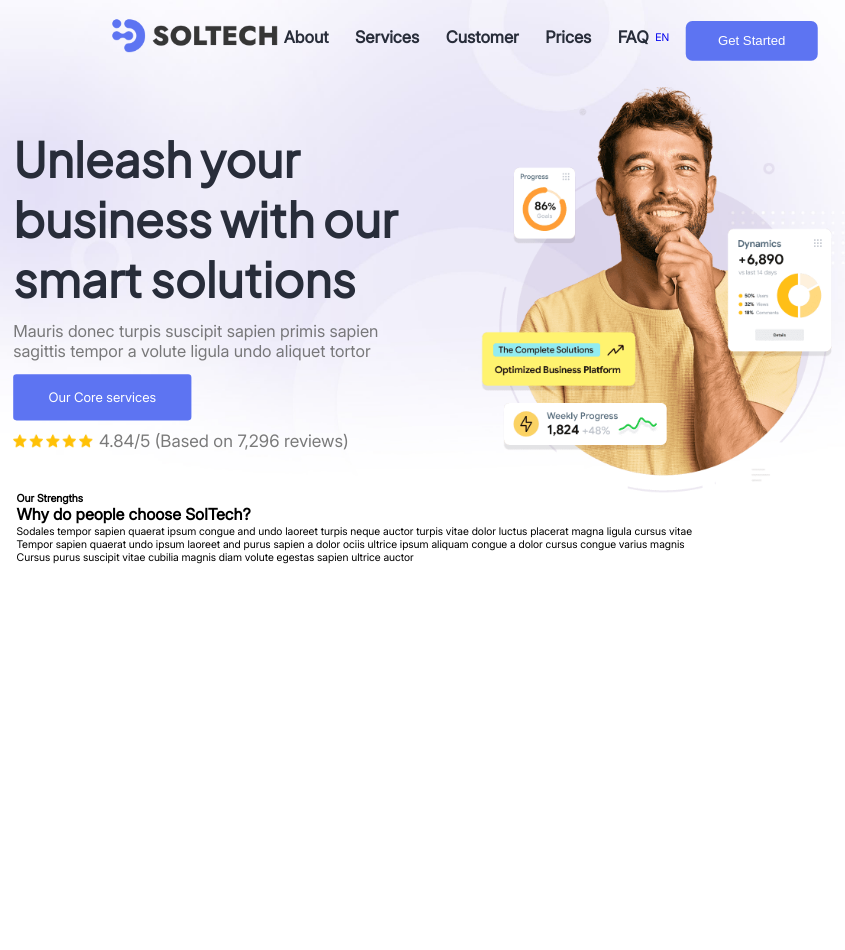
Repository: md-rabbi-hossain/Soltech-html
Page: index.html
An editor plug-in stored every save of this project. The page is shown before and after the next save, followed by the edit.
The browser window is 1280 px wide. The pictures show the whole page, at 66% of full size.

Above is the page before, as saved 2025-01-10 01:46:37.

### index.html
<!DOCTYPE html>
<html lang="en">
  <head>
    <meta charset="UTF-8" />
    <meta name="viewport" content="width=device-width, initial-scale=1.0" />
    <link rel="stylesheet" href="Css/style.css" />
    <title>Soltech</title>
  </head>
  <body>
    <header class="main-container">
      <div class="Hero-parents-container">
        <nav>
          <div class="logo">
            <img src="image/logo-1.png" alt="Logo" />
          </div>
          <ul class="menu">
            <li class="dropdown">
              <a href="#">About</a>
              <ul class="dropdown-menu">
                <li><a href="#">Our Team</a></li>
                <li><a href="#">Our Mission</a></li>
                <li><a href="#">History</a></li>
              </ul>
            </li>
            <li><a href="#">Services</a></li>
            <li><a href="#">Customer</a></li>
            <li><a href="#">Prices</a></li>
            <li><a href="#">FAQ</a></li>
          </ul>
          <div class="actions">
            <div class="dropdown">
              <li><a href="#">EN</a></li>
              <ul class="dropdown-menu">
                <li><a href="#">English</a></li>
                <li><a href="#">Spanish</a></li>
              </ul>
            </div>
            <button class="get-started">Get Started</button>
          </div>
        </nav>
        <!-- Navbar end here  -->
        <!-- hero start here  -->
        <div class="hero-parents container">
          <div class="left-side">
            <div class="content">
              <h1>Unleash your business with our smart solutions</h1>
              <p>
                Mauris donec turpis suscipit sapien primis sapien sagittis
                tempor a volute ligula undo aliquet tortor
              </p>
              <div>
                <button>Our Core services</button>
              </div>
              <div class="text">
                <div class="icon">
                  <img src="image/star.png" alt="" />
                  <img src="image/star.png" alt="" />
                  <img src="image/star.png" alt="" />
                  <img src="image/star.png" alt="" />
                  <img src="image/star.png" alt="" />
                </div>
                <p>4.84/5 (Based on 7,296 reviews)</p>
              </div>
            </div>
          </div>
          <div class="right">
            <img src="/image/hero-right.png" alt="" />
          </div>
        </div>
      </div>
    </header>
    <section class="main-container cta-section">
      <div class="container">
        <div class="introduction-parent">
          <div class="introduction-text">
            <h4>Our Strengths</h4>
            <h2>Why do people choose SolTech?</h2>
            <p>
              Sodales tempor sapien quaerat ipsum congue and undo laoreet turpis
              neque auctor turpis vitae dolor luctus placerat magna ligula
              cursus vitae
            </p>
            <ul>
              <li>
                Tempor sapien quaerat undo ipsum laoreet and purus sapien a
                dolor ociis ultrice ipsum aliquam congue a dolor cursus congue
                varius magnis
              </li>
              <li>
                Cursus purus suscipit vitae cubilia magnis diam volute egestas
                sapien ultrice auctor
              </li>
            </ul>
          </div>
          <div class="box-parent">
            <div class="box">
              <div class="box-inner"></div>
            </div>
          </div>
        </div>
      </div>
    </section>
    <script src="/Js/Script.js"></script>
  </body>
</html>

### Css/style.css
* {
  margin: 0;
  padding: 0;
  box-sizing: border-box;
}
html {
  scroll-behavior: smooth;
}
@font-face {
  font-family: Inter;
  src: url("/Font/Inter_24pt-Regular.ttf") format("woff2");
  src: url("/Font/Inter_24pt-Regular.ttf") format("woff");
  src: url("/Font/Inter_24pt-Regular.ttf") format("truetype");
  font-weight: normal;
  font-style: normal;
}
@font-face {
  font-family: Jakarta;
  src: url("/Font/PlusJakartaSans-Regular.ttf") format("woff2");
  src: url("/Font/PlusJakartaSans-Regular.ttf") format("woff");
  src: url("/Font/PlusJakartaSans-Regular.ttf") format("truetype");
  font-weight: normal;
  font-style: normal;
}
body {
  font-family: Inter;
}
li {
  list-style: none;
}
li a {
  text-decoration: none;
}
.main-container {
  max-width: 100%;
}

.container {
  max-width: 1400px;
  display: block;
  margin: 0 auto;
  padding: 25px;
}
h1 h2 h3 h5 h5 {
  font-family: Jakarta;
}
nav {
  display: flex;
  justify-content: space-between;
  align-items: center;
  padding-left: 170px;
  padding-right: 150px;
  padding-top: 20px;
  padding-bottom: 20px;
  position: relative;
  transition: all 0.3s ease;
  z-index: 1000;
}
nav.sticky {
  background-color: rgba(253, 253, 254, 0.8);
  position: sticky;
  top: 0;
  padding-bottom: 20px;
  box-shadow: 0 4px 6px rgba(0, 0, 0, 0.1);
}
.logo img {
  max-height: 50px;
}
.menu {
  display: flex;
  list-style: none;
  gap: 20px;
}
.menu li {
  position: relative;
}
.menu a {
  text-decoration: none;
  font-size: 25px;
  color: #282d3a;
  font-weight: bold;
  padding: 5px 10px;
}
/* Dropdown Styles */
.dropdown:hover .dropdown-menu {
  display: block;
}
.dropdown-menu {
  display: none;
  position: absolute;
  background: #fff;
  box-shadow: 0 4px 6px rgba(0, 0, 0, 0.1);
  border-radius: 5px;
  margin-top: 10px;
  list-style: none;
  padding: 10px 0;
}
.dropdown-menu li {
  padding: 5px 20px;
}
.dropdown-menu li a {
  color: #282d3a;
}
.dropdown-menu li:hover {
  background: #f1f1f1;
}
.actions {
  display: flex;
  align-items: center;
  gap: 20px;
}
.get-started {
  background: #5d74f2;
  color: #fff;
  font-size: 20px;
  line-height: 28px;
  padding: 6px 22px 8px;
  margin: 12px 5px 0;
  border: none;
  border-radius: 10px;
  width: 200px;
  height: 60px;
  cursor: pointer;
  transition: 0.5s;
}
.get-started:hover {
  background: #f2f0fb;
  border: 1px solid black;
  color: #585f6e;
}

/*  Hero Section Styles Here */
.Hero-parents-container {
  max-width: 100%;
  height: 100vh;
  background-image: url("/image/hero-1.jpg");
  background-size: cover;
  background-repeat: no-repeat;
}
.hero-parents {
  display: flex;
  justify-content: space-between;
  align-items: center;
  gap: 20px;
  padding: 20px;
}

.left-side {
  flex: 1;
}
.left-side h1 {
  font-size: 4.5rem;
  color: #282d3a;
  margin-bottom: 20px;
  font-family: Jakarta;
}
.left-side p {
  font-size: 25px;
  width: 560px;
  color: #5a5a5a; /* Subtle color for the paragraph text */
  margin-bottom: 20px;
  opacity: 0.8;
}

.left-side button {
  background: #5d74f2;
  color: white;
  font-size: 20px;
  padding: 10px 20px;
  border: none;
  border-radius: 5px;
  cursor: pointer;
  width: 270px;
  font-family: Inter;
  height: 70px;
}

.left-side button:hover {
  background: #4b62d8;
}
.icon img {
  width: 20px;
}

.text {
  display: flex;
  align-items: center;
  gap: 10px;
  padding-top: 15px;
}
.icon {
  display: flex;
  gap: 5px;
}

.icon img {
  width: 20px;
  height: 20px;
}

.text p {
  margin: 0;
  font-size: 26px;
}

/* Right Side */
.right {
  flex: 1;
  display: flex;
  justify-content: center;
  align-items: center;
}

.right img {
  max-width: 100%;
  height: auto;
  object-fit: contain;
}
section.main-container.cta-section {
  height: 100vh;
}

### Js/Script.js
window.onscroll = function () {
  let navbar = document.querySelector("nav");
  if (window.pageYOffset > 0) {
    navbar.classList.add("sticky");
  } else {
    navbar.classList.remove("sticky");
  }
};

After the next save:
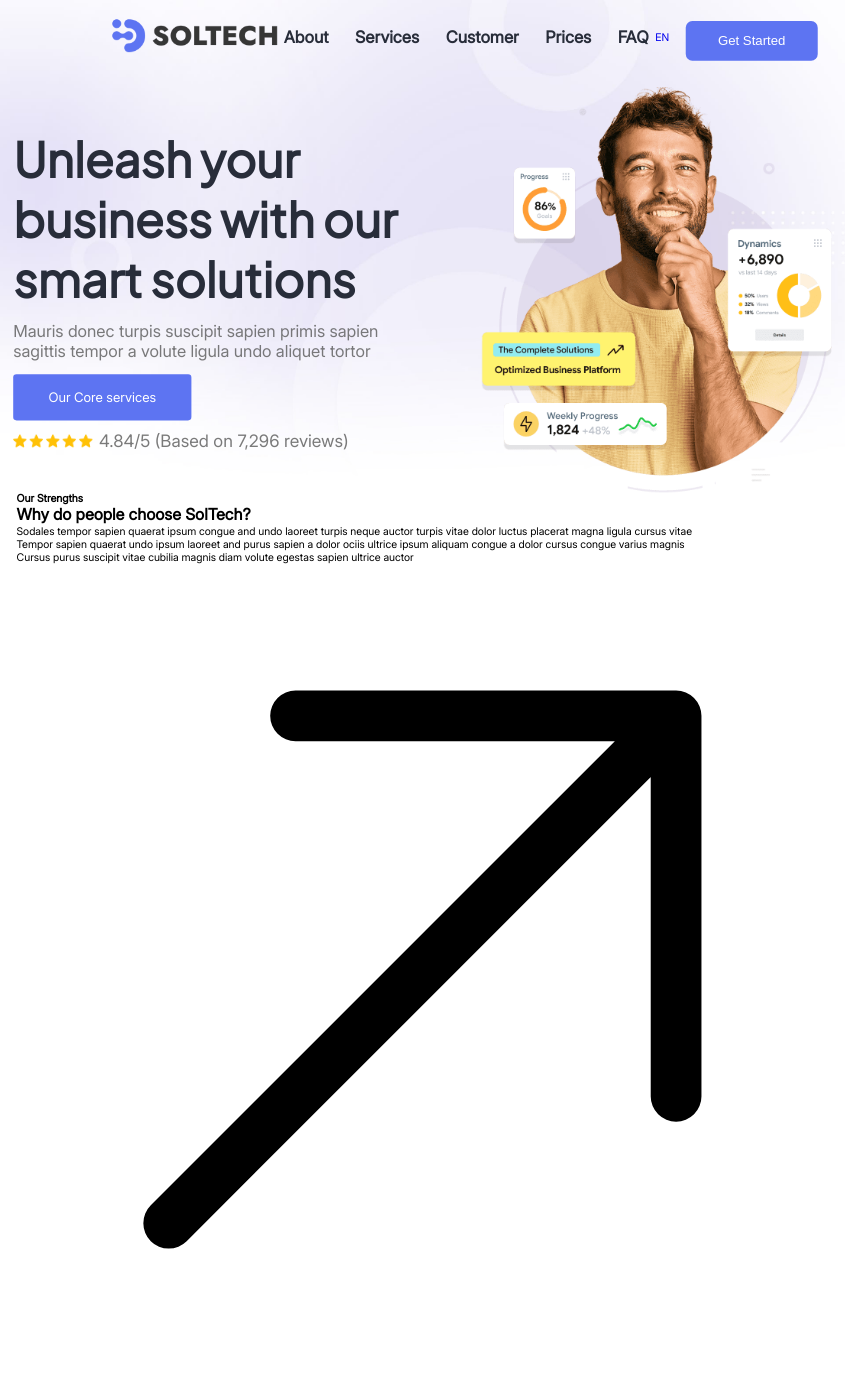
Saved 3 min 1 s later.
--- a/index.html
+++ b/index.html
@@ -94,7 +94,22 @@
           </div>
           <div class="box-parent">
             <div class="box">
-              <div class="box-inner"></div>
+              <div class="box-inner">
+                <svg
+                  xmlns="http://www.w3.org/2000/svg"
+                  fill="none"
+                  viewBox="0 0 24 24"
+                  stroke-width="1.5"
+                  stroke="currentColor"
+                  class="size-6"
+                >
+                  <path
+                    stroke-linecap="round"
+                    stroke-linejoin="round"
+                    d="m4.5 19.5 15-15m0 0H8.25m11.25 0v11.25"
+                  />
+                </svg>
+              </div>
             </div>
           </div>
         </div>
